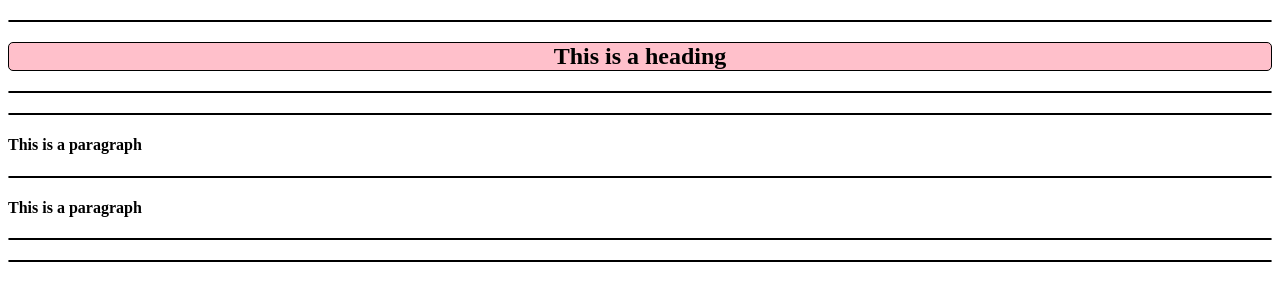
Repository: AishwaryaPandey987/PGLife
Page: home.html
An editor plug-in stored every save of this project. The page is shown before and after the next save, followed by the edit.
The browser window is 1280 px wide. The pictures show the whole page.

Above is the page before, as saved 2022-10-26 19:56:00.

### home.html
<!DOCTYPE html>
<html>
  <head>
    <title>CSS Page</title>
    <link rel="stylesheet" href="css/style.css" />
  </head>

   <div>
    <p>
    <h1 class="heading">This is a heading</h1>
    </p>
  </div>
  <div>
    <p>
      <h4 class="heading">This is a paragraph</h4>
      <p>
        <h4 id="head">This is a paragraph</h4>
      </p>
    </p>
  </div>

  </body>
</html>

### css/style.css
h1{
  color: black;
  text-align: center;
  border: 1px solid black;
  border-radius: 5px;
  background-color: pink;
  font-size: 24px;

}

p{

  color: black;
  background-color: rgb(209, 231, 240);
  border: 1px solid black;
border-radius: 5px;
  font-size: 20px;
  text-align: left;
}

After the next save:
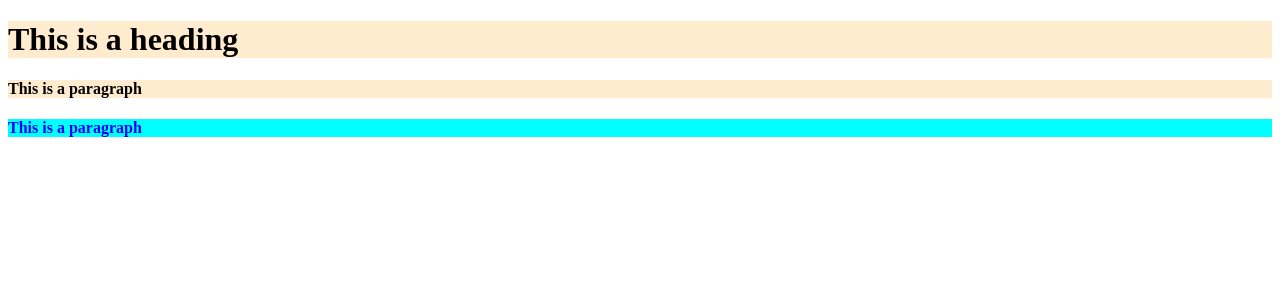
Saved 48 s later.
--- a/css/style.css
+++ b/css/style.css
@@ -1,19 +1,9 @@
-h1{
-  color: black;
-  text-align: center;
-  border: 1px solid black;
-  border-radius: 5px;
-  background-color: pink;
-  font-size: 24px;
-
+#head{
+  color: blue;
+  background-color: aqua;
 }
 
-p{
-
+.heading{
   color: black;
-  background-color: rgb(209, 231, 240);
-  border: 1px solid black;
-border-radius: 5px;
-  font-size: 20px;
-  text-align: left;
+  background-color: blanchedalmond;
 }
